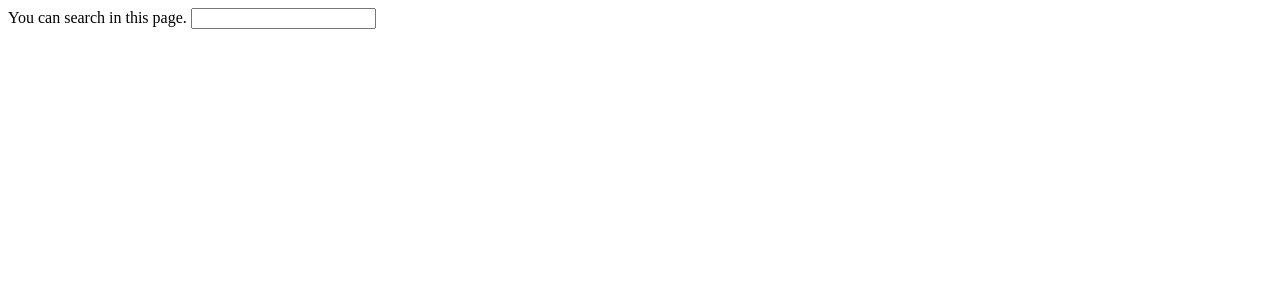
Repository: learoncero/SEProjektUebung
Page: http://localhost/HikingSoftware/search.jsp
These files come from the project's save history. The page is drawn as it stood at one moment and after the next save; the edit follows.
The browser window is 1280 px wide. The pictures show the whole page.
The page is served by Tomcat 9.

Above is the page before, as saved 2023-10-18 07:55:59.

After the next save:
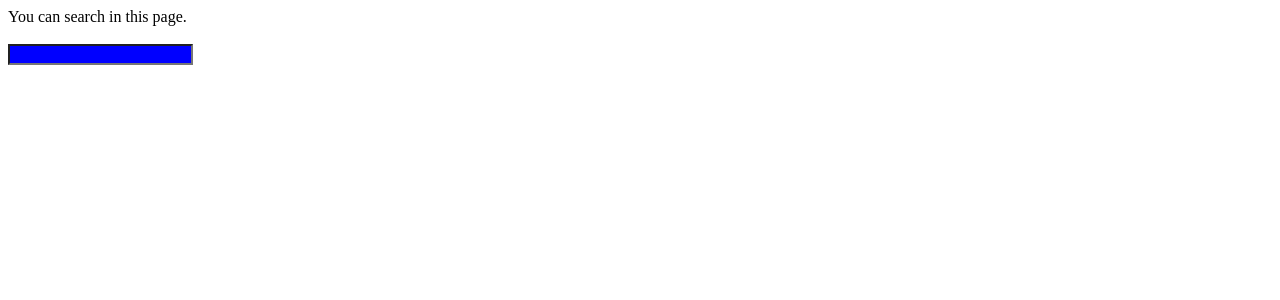
Saved 77 s later.
--- a/HikingSoftware/src/main/webapp/search.jsp
+++ b/HikingSoftware/src/main/webapp/search.jsp
@@ -8,7 +8,7 @@
 </head>
 <body>
 	You can search in this page.
-
-	<input type="text">
+	<br/><br/>
+	<input type="text" style="widht:150px;background-color:blue">
 </body>
 </html>
